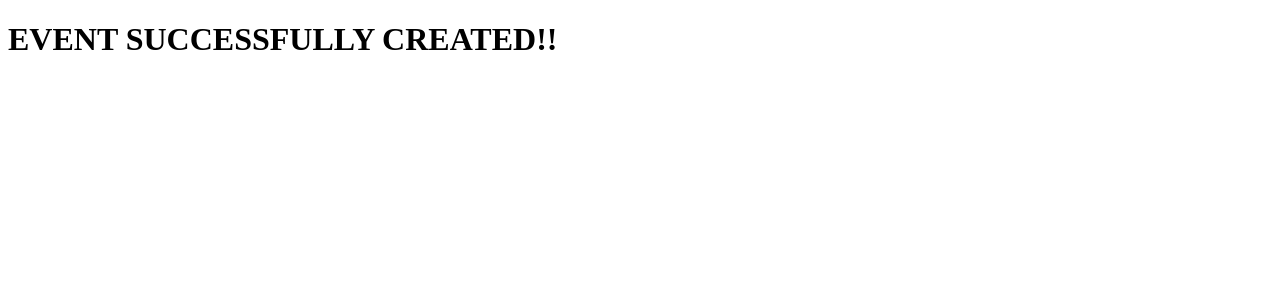
Repository: Tanvi0901/NIET-EVENT-MANAGEMENT-WEBSITE
Page: http://localhost/MiniProject/success.jsp
The author's editor kept a copy of each file at every save. The page is drawn from the files as they stood at one save, then again after the next save.
The browser window is 1280 px wide. The pictures show the whole page.
The page is served by Tomcat 10.

Above is the page before, as saved 2023-05-07 18:42:14.

After the next save:
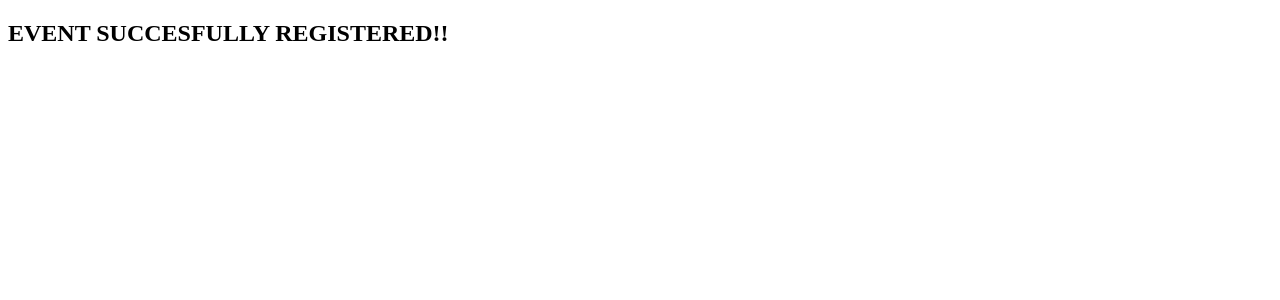
Saved 3 min 18 s later.
--- a/adv/MiniProject/src/main/webapp/success.jsp
+++ b/adv/MiniProject/src/main/webapp/success.jsp
@@ -7,6 +7,12 @@
 <title>Insert title here</title>
 </head>
 <body>
-<h1>EVENT SUCCESSFULLY CREATED!!</h1>
+	<div class="bg-image"></div>
+	<div class="container">
+		<div class="card">
+            <h2>EVENT SUCCESFULLY REGISTERED!!</h2>
+
+        </div>
+	</div>
 </body>
 </html>
